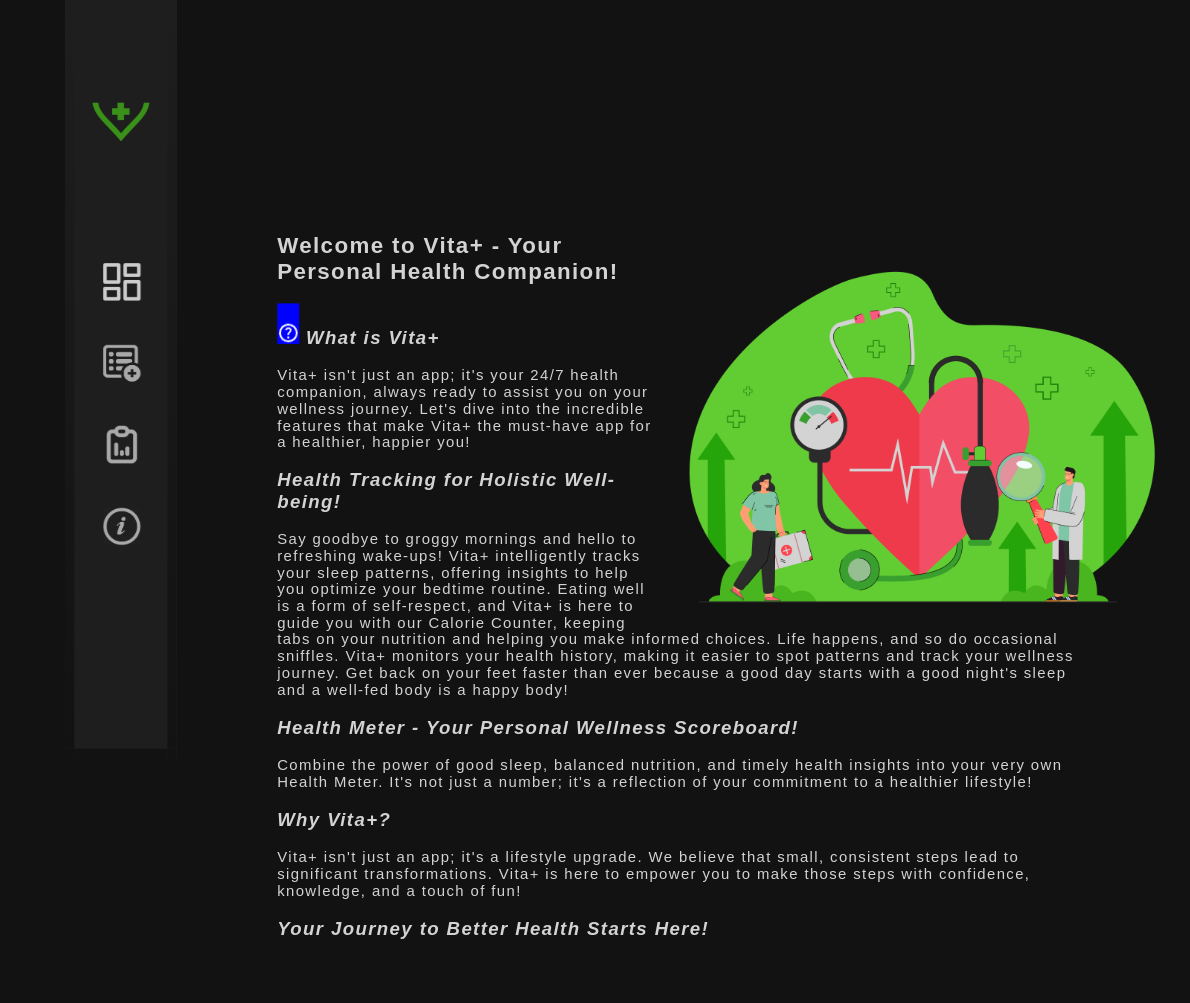
Repository: mhmd-bilal/health-analytics-dashboard
Page: http://localhost/project/info.jsp
An editor plug-in stored every save of this project. The page is shown before and after the next save, followed by the edit.
The browser window is 1280 px wide. The pictures show the whole page, at 93% of full size.
Some web fonts or font styles are not loaded; a fallback is used. Some web libraries are served in a nearby version. The page is served by Tomcat 10. Other server files are loaded and not shown.

Above is the page before, as saved 2023-12-06 13:37:56.

### project/src/main/webapp/info.jsp
<%@ page import="project.SleepCalculator" %>
  <%@ page import="project.CaloriesCalculator" %>
    <%@ page import="project.IllnessCalculator " %>

      <html>

      <head>
        <meta charset="UTF-8">
        <meta name="viewport" content="width=device-width, initial-scale=1.0">
        <title>Your Health Dashboard</title>
        <link rel="stylesheet" href="https://fonts.googleapis.com/css?family=Kanit">
        <link rel="stylesheet" type="text/css" href="styles2.css">
        <meta name="viewport" content="width=device-width, initial-scale=1">
        <script src='https://cdnjs.cloudflare.com/ajax/libs/jquery/3.2.1/jquery.min.js'></script>
<link rel="stylesheet" href="https://fonts.googleapis.com/icon?family=Material+Icons">
        <script>
          // Use fetch to trigger the SleepAnalyticsServlet on page load
          function fetchSleepAnalytics() {
            fetch('SleepAnalyticsServlet')
              .then(response => response.text())
              .then(data => {
                // Optional: You can add logic to update the UI based on the response from the servlet
                console.log(data);
              })
              .catch(error => {
                console.error('Error:', error);
              });
          }
          function submitForm() {
            var inputValue = document.getElementById("inputValue").value;

            fetch('SaveToDatabaseServlet', {
              method: 'POST',
              headers: {
                'Content-Type': 'application/x-www-form-urlencoded',
              },
              body: 'inputValue=' + encodeURIComponent(inputValue),
            })
              .then(response => response.json())
              .then(data => {
                alert(data.message);
                if (data.recordAdded) {
                  alert('Record added successfully!');
                }
              })
              .catch(error => {
                console.error('Error:', error);
              });
          }

          function redirectToAddRecordPage() {
            window.location.href = 'addrecord.jsp';
          }



        </script>

      </head>
      <body style="overflow:hidden">
      <img src="infograhic.png" class="infograhic" height="400px" ></p>
      <div class="sidenav">
    <a href="#" style="padding-bottom: 100px;padding-left: 10px;"><img style="width: 95%;filter: brightness(1);" src="logo.png"></a>
    <a class="active" href="index2.jsp"><img src="dashboard.png"></a>
    <a href="add.jsp"><img src="add.png"></a>
    <a href="anal.jsp"><img src="anal.png"></a>
    <a href="info.jsp"><img src="info.png"></a>
  </div>
        <div style="width:70%;font-spacing:1px;margin-top:250px;" class="main">
                  <h2 style="font-weight: bolder;">Welcome to Vita+ - Your Personal Health Companion!</h2>
<p style="font-weight: bold;font-style:italic;font-size: 20px;;"><img src="help.png" style="filter: invert(100%);padding-top:20px;background-color:yellow" > What is Vita+</p>
Vita+ isn't just an app; it's your 24/7 health companion, always ready to assist you on your wellness journey. Let's dive into the incredible features that make Vita+ the must-have app for a healthier, happier you!

<p style="font-weight: bold;font-style:italic;font-size: 20px;">Health Tracking for Holistic Well-being!</p>
<p>Say goodbye to groggy mornings and hello to refreshing wake-ups! Vita+ intelligently tracks your sleep patterns, offering insights to help you optimize your bedtime routine. Eating well is a form of self-respect, and Vita+ is here to guide you with our Calorie Counter, keeping tabs on your nutrition and helping you make informed choices. Life happens, and so do occasional sniffles. Vita+ monitors your health history, making it easier to spot patterns and track your wellness journey. Get back on your feet faster than ever because a good day starts with a good night's sleep and a well-fed body is a happy body!</p>

<p style="font-weight: bold;font-style:italic;font-size: 20px;">Health Meter - Your Personal Wellness Scoreboard!</p>
Combine the power of good sleep, balanced nutrition, and timely health insights into your very own Health Meter. It's not just a number; it's a reflection of your commitment to a healthier lifestyle!

<p style="font-weight: bold;font-style:italic;font-size: 20px;">Why Vita+?</p>
Vita+ isn't just an app; it's a lifestyle upgrade. We believe that small, consistent steps lead to significant transformations. Vita+ is here to empower you to make those steps with confidence, knowledge, and a touch of fun!

<p style="font-weight: bold;font-style:italic;font-size: 20px;">Your Journey to Better Health Starts Here!

      </div>

      </body>

      </html>

### project/src/main/webapp/styles2.css
body {
  font-family: "Montserrat", sans-serif;
  letter-spacing: 1.5px;
  background-color: #121212;
}

.sidenav {
  align-items: center;
  height: 100%;
  width: 100px;
  position: fixed;
  z-index: 1;
  top: 0;
  left: 0;
  background-color: #1E1E1E;
  overflow-x: hidden;
  padding-top: 75px;
  margin-left: 70px;
  margin-right: 100px;
  margin-top: 0px;
  border: 10px solid;
  border-image: linear-gradient(to bottom, #1E1E1E, #121212) 1;
}

.sidenav img {
  width: 75%;
}

.sidenav a {
  padding: 6px 6px 30px 25px;
  text-decoration: none;
  font-size: 25px;
  color: #d3d3d3;
  display: block;
  filter: brightness(0.8);
  transition: 0.2s;
}

.sidenav a:hover {
  filter: brightness(1.75);
}

.active img {
  filter: brightness(2);
}


.main {
  margin-left: 290px;
  margin-top: 100px;
  color: #d3d3d3;
  width: 1500px;
  height: 820px;
}

.container {
  display: flex;
}

.moodenter {
  border: 0px;
  border-radius: 25px;
  height: 50px;
  line-height: normal;
  color: #282828;
  display: block;
  width: 90%;
  box-sizing: border-box;
  user-select: auto;
  font-size: 16px;
  padding: 0 6px;
  padding-left: 30px;
  outline: none;
  background-color: #d3d3d3;
  margin-right: 10px;

}

.subbtn {
  width: 10%;
  display: inline-block;
  outline: none;
  cursor: pointer;
  font-size: 14px;
  line-height: 1;
  border-radius: 500px;
  transition-property: background-color, border-color, color, box-shadow, filter;
  transition-duration: .3s;
  border: 0px;
  letter-spacing: 2px;
  min-width: 160px;
  text-transform: uppercase;
  white-space: normal;
  font-weight: 700;
  text-align: center;
  padding: 16px 14px 18px;
  color: #fff;
  background-color: #49b51f;
  height: 48px;

  :hover {
    filter: brightness(1.75);
  }

}

.analytics_container {
  width: 100%;
  height: 60%;
  background-color: #121212;
  display: flex;
}

.pie {
  width: 40%;
}

.count {
  background-color: #1E1E1E;
  width: 60%;
  border: solid 8px transparent;
  border-radius: 80px;
  display: grid;
  background-image: linear-gradient(#1E1E1E, #1E1E1E), linear-gradient(to bottom, #1E1E1E, #121212);
  background-origin: border-box;
  background-clip: padding-box, border-box;
}

.counts {
  display: flex;
  margin-bottom: -60px;
}

.health-meter {
  padding: 0px 0px 10px 70px;
  display: flexbox;
  width: 83.5%;
}

.card {
  background-color: none;
  padding: 70px 0px 10px 70px;
  display: flexbox;
  width: 22.5%;
  height: 60%;
  height: 45%;
}

.count-icon {
  width: 60px;
  margin-left: -5px;
}

.count-text {
  font-size: 25px;
  line-height: 0px;
  font-weight: bolder;
  font-style: normal;
  margin-top: 30px;
}

.count-count {
  font-size: 18px;
  line-height: 0px;
  font-weight: lighter;
  margin-top: -12px;

}

.pbbg {
  background-color: #282828;
  width: 100%;
  height: 3%;
  border-radius: 80px;
}

.pb {
  background-color: #49b51f;
  height: 100%;
  border-radius: 80px;
}

.choose {
  width: 100%;
  height: 20%;
  background-color: #121212;
  display: flex;
}

.choose-card {
  height: 120%;
  width: 33%;
  align-items: center;
  text-align: center;
  background-image: linear-gradient(to bottom, #1E1E1E, #121212);
  ;
  border: #121212 solid 9px;
  border-radius: 40px 40px 0px 0px;
  padding: 60px 0px 0px 1px;
  transition: 1s;
  margin-top: 5px;
}

.choose-card a {
  background-color: transparent;
  outline: none;
  border: none;
}

.choose-card:hover {
  translate: 0 -5px;
}

#formFrame {
  margin-top: 200px;
}

.choose-card img {
  height: 70px;
}


.main-entry {
  width: 100%;
  height: 20%;
  text-align: center;
  color: #d3d3d3;
}

.date-pick {
  background-color: #1E1E1E;
  color: white;
  outline: none;
  border: none;
  border-radius: 25px;
  padding: 10px;
}

.subbtnentry {
  width: 40px;
  height: 30px;
  display: inline-block;
  outline: none;
  cursor: pointer;
  font-size: 14px;
  line-height: 1;
  border-radius: 500px;
  transition-property: background-color, border-color, color, box-shadow, filter;
  transition-duration: .3s;
  border: 0px;
  letter-spacing: 2px;
  min-width: 160px;
  text-transform: uppercase;
  white-space: normal;
  font-weight: 600;
  text-align: center;
  padding: 5px;
  color: #fff;
  background-color: #49b51f;
}
.chartFrame{
	outline: none;
	border: none;
	margin-top: 30px;
}

.md{
	text-align: center;
	color: #d3d3d3;
	z-index: 1;
	position: absolute;
	margin-top: -260px;
	margin-left: 245px;
}

.infograhic{
	z-index: 1;
	position: relative;
	padding-top: 20px;
	float: right;
}
@media screen and (max-height: 450px) {
  .sidenav {
    padding-top: 15px;
  }

  .sidenav a {
    font-size: 18px;
  }
}

[data-icon]:before {
  font-family: icons; /* BYO icon font, mapped smartly */
  content: attr(data-icon);
}

After the next save:
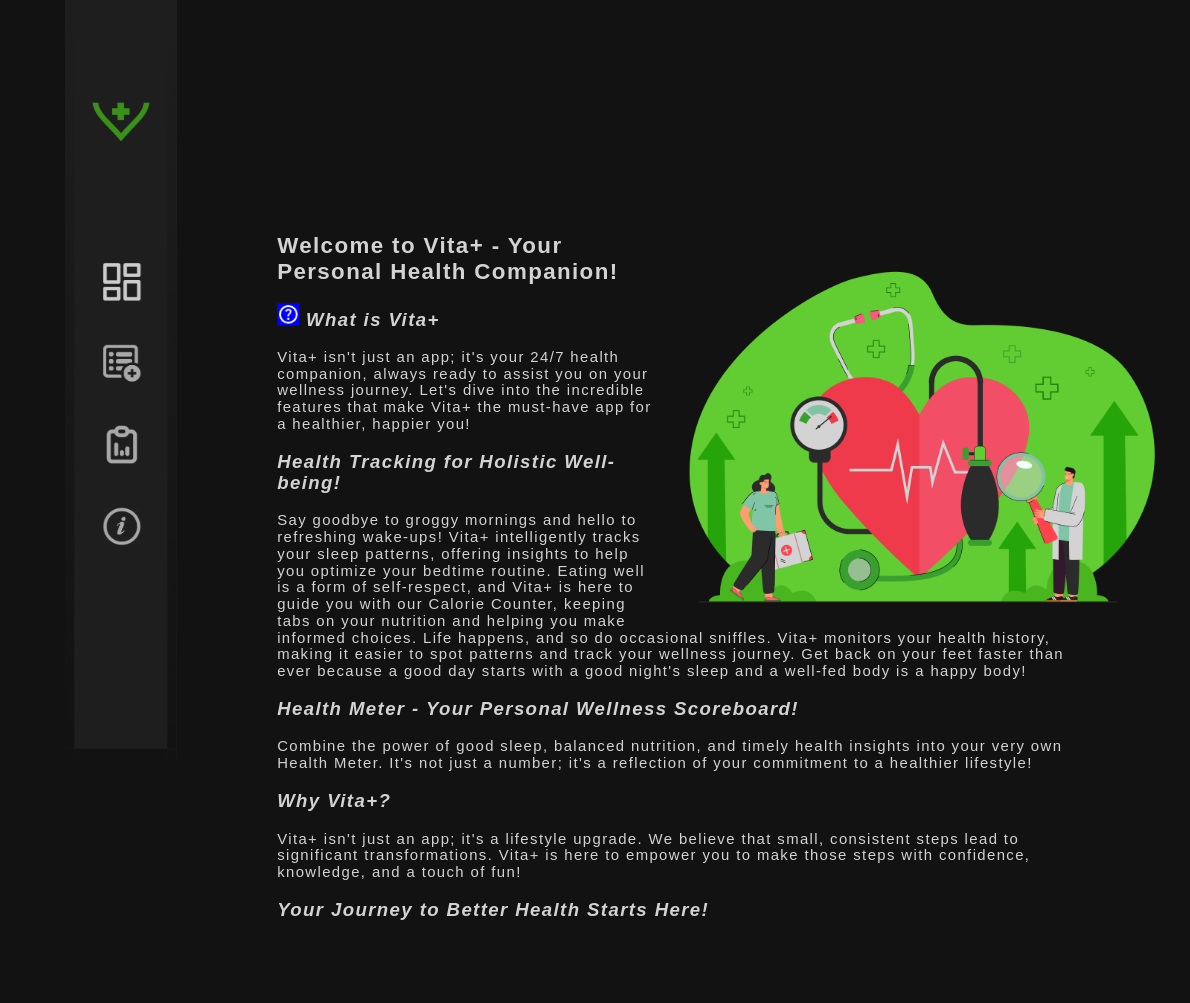
Saved 16 s later.
--- a/project/src/main/webapp/info.jsp
+++ b/project/src/main/webapp/info.jsp
@@ -68,7 +68,7 @@
   </div>
         <div style="width:70%;font-spacing:1px;margin-top:250px;" class="main">
                   <h2 style="font-weight: bolder;">Welcome to Vita+ - Your Personal Health Companion!</h2>
-<p style="font-weight: bold;font-style:italic;font-size: 20px;;"><img src="help.png" style="filter: invert(100%);padding-top:20px;background-color:yellow" > What is Vita+</p>
+<p style="font-weight: bold;font-style:italic;font-size: 20px;;"><img src="help.png" style="filter: invert(100%);background-color:yellow" > What is Vita+</p>
 Vita+ isn't just an app; it's your 24/7 health companion, always ready to assist you on your wellness journey. Let's dive into the incredible features that make Vita+ the must-have app for a healthier, happier you!
 
 <p style="font-weight: bold;font-style:italic;font-size: 20px;">Health Tracking for Holistic Well-being!</p>
